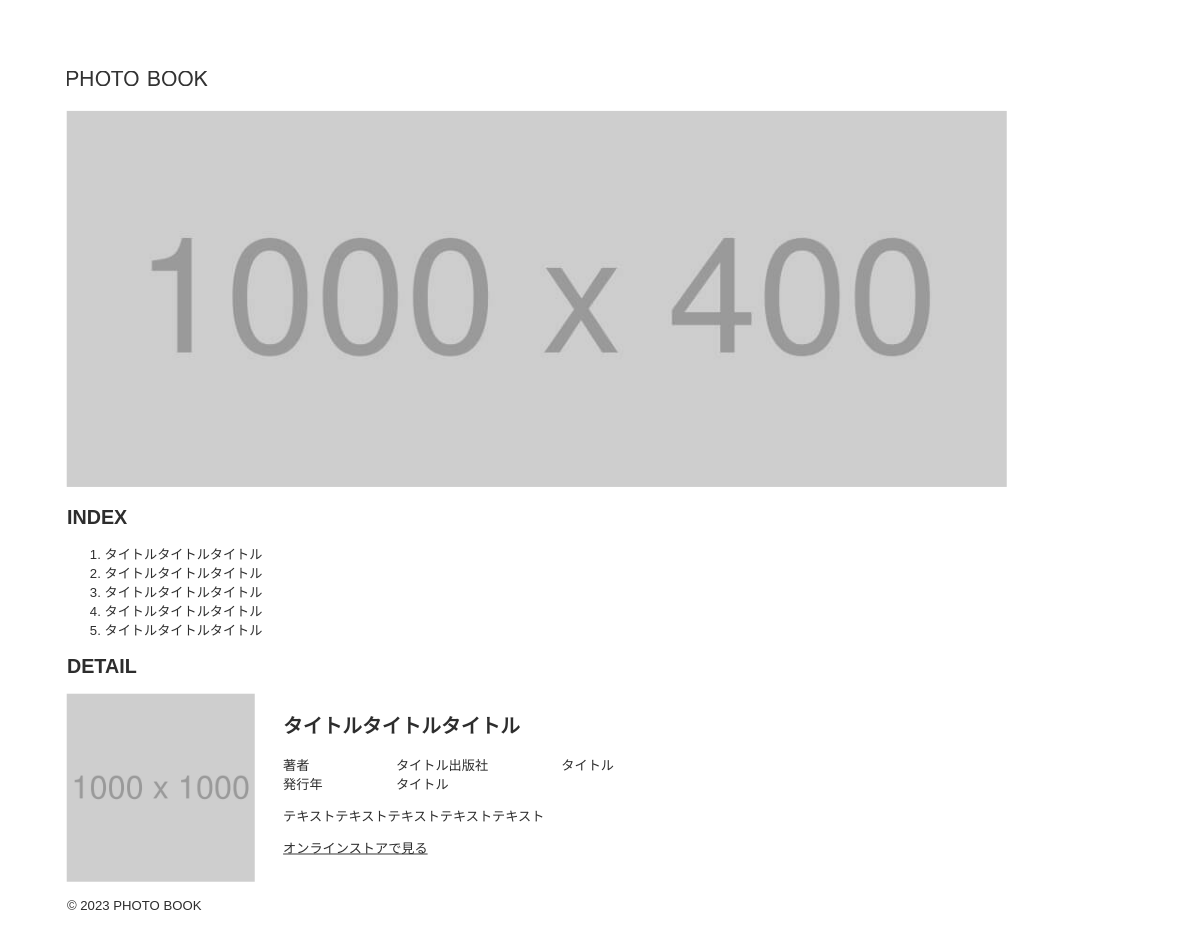
Repository: Fuki-san/photo-book-1
Page: http://localhost/photo
The author's editor kept a copy of each file at every save. The page is drawn from the files as they stood at one save, then again after a run of saves.
The browser window is 1280 px wide. The pictures show the whole page, at 94% of full size.
The page is served by the project's Laravel application, run on PHP 8.4 with Laravel 10. Other server files are loaded and not shown.

Above is the page before, as saved 2023-11-26 16:03:07.

### routes/web.php
<?php

use Illuminate\Support\Facades\Route;

/*
|--------------------------------------------------------------------------
| Web Routes
|--------------------------------------------------------------------------
|
| Here is where you can register web routes for your application. These
| routes are loaded by the RouteServiceProvider and all of them will
| be assigned to the "web" middleware group. Make something great!
|
*/

Route::get('/', function () {
    return view('welcome');
});

Route::get('photo', function () {
    return view('photo');
});

### resources/views/photo.blade.php
@extends('layouts.main')

@section('title', 'photo')

@section('content')
    <header id="header" class="wrapper">
        <h1 class="site-title"><a href="#"><img src="img/logo.svg"></a></h1>
    </header>

    <main class="wrapper">
        <div id="mainvisual">
            <img src="img/mainvisual.jpg">
        </div>
        <section id="index">
            <h2 class="sec-title">INDEX</h2>
            <ol>
                <li>タイトルタイトルタイトル</li>
                <li>タイトルタイトルタイトル</li>
                <li>タイトルタイトルタイトル</li>
                <li>タイトルタイトルタイトル</li>
                <li>タイトルタイトルタイトル</li>
            </ol>
        </section>
        <section id="detail">
            <h2 class="sec-title">DETAIL</h2>
            <div class="flex-item">
                <div class="detail-img">
                    <img src="img/detail.jpg">
                </div>
                <div class="text">
                    <h2 class="sec-title">タイトルタイトルタイトル</h2>
                    <dl>
                        <dt>著者</dt>
                        <dd>タイトル</dd>
                        <dt>出版社</dt>
                        <dd>タイトル</dd>
                        <dt>発行年</dt>
                        <dd>タイトル</dd>
                    </dl>
                    <p>テキストテキストテキストテキストテキスト</p>
                    <a href="#">オンラインストアで見る</a>
                </div>
            </div>

        </section>
    </main>

    <footer id="footer" class="wrapper">
        <p class="copyright">&copy; 2023 PHOTO BOOK</p>
    </footer>
@endsection

### resources/views/layouts/main.blade.php
<!DOCTYPE html>
<html lang="ja">
<head>
    <meta charset="UTF-8">
    <meta name="viewport" content="width=device-width, initial-scale=1.0">
    <meta http-equiv="X-UA-Compatible" content="ie=edge">
    <link rel="stylesheet" href="{{ asset('css/reset.css') }}">
    <link rel="stylesheet" href="{{ asset('css/style.css') }}">
    <link rel="icon" href="img/favicon.ico">
    <title>@yield('title')</title>
</head>
<body>
    @yield('content')
</body>
</html>

### public/css/style.css
html{
    font-size: 100%;
}
body{
    color: #2d2d2d;
    font-family: Arial, Helvetica, sans-serif;
    font-size: 0.875rem;
}
img{
    max-width: 100%;
}

.wrapper {
    padding: 0 5%;
}
a{
    color: #2d2d2d;
}

#header .site-title{
    width: 150px;
}
#header .site-title a{
    display: block;
}
#header{
    margin-bottom: 10px;
    padding-top: 40px;
}

#mainvisual{
    vertical-align: bottom;
}

#index{
    margin: 0 auto;
    text-align: left;
}
#index ul{
    display: inline;
}

.detail-img{
    width: 200px;
}
.flex-item{
    display: flex;
}

.text{
    padding: 0 30px;
}
.text dl{
    display: flex;
    flex-wrap: wrap;
}
.text dt{
    width: 20%;
}[
]

### public/img/logo.svg
<?xml version="1.0" encoding="utf-8"?>
<!-- Generator: Adobe Illustrator 15.1.0, SVG Export Plug-In . SVG Version: 6.00 Build 0)  -->
<!DOCTYPE svg PUBLIC "-//W3C//DTD SVG 1.1//EN" "http://www.w3.org/Graphics/SVG/1.1/DTD/svg11.dtd">
<svg version="1.1" id="レイヤー_1" xmlns="http://www.w3.org/2000/svg" xmlns:xlink="http://www.w3.org/1999/xlink" x="0px"
	 y="0px" width="1400px" height="156px" viewBox="0 0 1400 156" enable-background="new 0 0 1400 156" xml:space="preserve">
<g>
	<path fill="#333333" d="M0,152.092V2.65h56.373c9.92,0,17.498,0.477,22.731,1.428c7.34,1.223,13.49,3.552,18.451,6.982
		c4.96,3.433,8.953,8.241,11.978,14.425c3.022,6.185,4.536,12.98,4.536,20.387c0,12.709-4.043,23.463-12.129,32.264
		c-8.09,8.802-22.699,13.202-43.834,13.202h-38.33v60.754H0z M19.775,73.702h38.636c12.775,0,21.847-2.379,27.217-7.136
		c5.369-4.757,8.053-11.451,8.053-20.082c0-6.252-1.581-11.604-4.741-16.056c-3.16-4.45-7.324-7.391-12.487-8.817
		c-3.33-0.883-9.481-1.325-18.452-1.325H19.775V73.702z"/>
	<path fill="#333333" d="M139.859,152.092V2.65h19.776v61.367h77.677V2.65h19.775v149.441h-19.775V81.652h-77.677v70.439H139.859z"
		/>
	<path fill="#333333" d="M288.174,79.309c0-24.805,6.66-44.224,19.98-58.258C321.473,7.019,338.667,0,359.735,0
		c13.795,0,26.232,3.298,37.309,9.889c11.076,6.593,19.521,15.784,25.332,27.574c5.811,11.791,8.716,25.163,8.716,40.112
		c0,15.155-3.059,28.713-9.175,40.674c-6.116,11.961-14.781,21.016-25.993,27.166c-11.214,6.15-23.311,9.226-36.291,9.226
		c-14.067,0-26.641-3.398-37.717-10.194c-11.079-6.794-19.471-16.071-25.179-27.829C291.029,104.86,288.174,92.425,288.174,79.309z
		 M308.562,79.614c0,18.01,4.843,32.197,14.527,42.559c9.684,10.364,21.831,15.546,36.442,15.546
		c14.884,0,27.131-5.231,36.75-15.699c9.615-10.464,14.423-25.313,14.423-44.546c0-12.165-2.057-22.784-6.167-31.856
		c-4.112-9.071-10.126-16.106-18.043-21.101c-7.917-4.995-16.804-7.493-26.656-7.493c-14,0-26.046,4.81-36.137,14.425
		C313.608,41.065,308.562,57.121,308.562,79.614z"/>
	<path fill="#333333" d="M490.425,152.092V20.286h-49.237V2.65h118.451v17.636h-49.439v131.806H490.425z"/>
	<path fill="#333333" d="M570.14,79.309c0-24.805,6.658-44.224,19.979-58.258C603.438,7.019,620.632,0,641.7,0
		c13.794,0,26.23,3.298,37.309,9.889c11.076,6.593,19.522,15.784,25.331,27.574c5.813,11.791,8.717,25.163,8.717,40.112
		c0,15.155-3.059,28.713-9.176,40.674c-6.114,11.961-14.779,21.016-25.992,27.166s-23.311,9.226-36.291,9.226
		c-14.068,0-26.641-3.398-37.717-10.194c-11.078-6.794-19.47-16.071-25.179-27.829C572.994,104.86,570.14,92.425,570.14,79.309z
		 M590.526,79.614c0,18.01,4.843,32.197,14.527,42.559c9.685,10.364,21.83,15.546,36.442,15.546
		c14.883,0,27.132-5.231,36.748-15.699c9.615-10.464,14.424-25.313,14.424-44.546c0-12.165-2.057-22.784-6.166-31.856
		c-4.113-9.071-10.127-16.106-18.043-21.101c-7.918-4.995-16.804-7.493-26.658-7.493c-14,0-26.044,4.81-36.136,14.425
		C595.572,41.065,590.526,57.121,590.526,79.614z"/>
	<path fill="#333333" d="M812.43,152.092V2.65h56.066c11.416,0,20.573,1.514,27.472,4.537c6.896,3.024,12.3,7.68,16.209,13.966
		c3.907,6.286,5.861,12.861,5.861,19.724c0,6.39-1.732,12.404-5.198,18.044c-3.467,5.641-8.7,10.193-15.7,13.659
		c9.039,2.65,15.987,7.172,20.848,13.558c4.857,6.389,7.289,13.933,7.289,22.631c0,7-1.479,13.506-4.435,19.521
		c-2.957,6.016-6.612,10.652-10.958,13.915c-4.352,3.261-9.806,5.726-16.363,7.391c-6.558,1.666-14.593,2.497-24.106,2.497H812.43z
		 M832.206,65.444h32.313c8.768,0,15.053-0.576,18.859-1.733c5.027-1.493,8.818-3.975,11.366-7.439
		c2.548-3.468,3.822-7.815,3.822-13.049c0-4.961-1.188-9.328-3.567-13.099c-2.38-3.773-5.776-6.354-10.192-7.748
		c-4.419-1.393-11.997-2.09-22.733-2.09h-29.868V65.444z M832.206,134.457h37.208c6.386,0,10.872-0.237,13.455-0.715
		c4.552-0.814,8.358-2.173,11.417-4.077c3.058-1.901,5.571-4.672,7.544-8.308c1.971-3.634,2.956-7.832,2.956-12.589
		c0-5.571-1.428-10.414-4.281-14.526c-2.854-4.111-6.814-6.999-11.876-8.665c-5.063-1.664-12.354-2.497-21.865-2.497h-34.558
		V134.457z"/>
	<path fill="#333333" d="M946.479,79.309c0-24.805,6.659-44.224,19.979-58.258C979.776,7.019,996.972,0,1018.039,0
		c13.794,0,26.23,3.298,37.309,9.889c11.077,6.593,19.521,15.784,25.331,27.574c5.812,11.791,8.717,25.163,8.717,40.112
		c0,15.155-3.058,28.713-9.175,40.674s-14.781,21.016-25.994,27.166s-23.311,9.226-36.29,9.226
		c-14.068,0-26.641-3.398-37.717-10.194c-11.078-6.794-19.47-16.071-25.18-27.829C949.332,104.86,946.479,92.425,946.479,79.309z
		 M966.865,79.614c0,18.01,4.842,32.197,14.526,42.559c9.685,10.364,21.83,15.546,36.442,15.546
		c14.884,0,27.133-5.231,36.749-15.699c9.615-10.464,14.424-25.313,14.424-44.546c0-12.165-2.057-22.784-6.166-31.856
		c-4.113-9.071-10.127-16.106-18.044-21.101c-7.917-4.995-16.803-7.493-26.657-7.493c-14.001,0-26.044,4.81-36.136,14.425
		C971.91,41.065,966.865,57.121,966.865,79.614z"/>
	<path fill="#333333" d="M1108.865,79.309c0-24.805,6.66-44.224,19.979-58.258C1142.163,7.019,1159.357,0,1180.426,0
		c13.794,0,26.23,3.298,37.31,9.889c11.076,6.593,19.521,15.784,25.332,27.574c5.811,11.791,8.715,25.163,8.715,40.112
		c0,15.155-3.059,28.713-9.175,40.674c-6.115,11.961-14.779,21.016-25.993,27.166s-23.312,9.226-36.29,9.226
		c-14.068,0-26.642-3.398-37.719-10.194c-11.078-6.794-19.469-16.071-25.177-27.829
		C1111.719,104.86,1108.865,92.425,1108.865,79.309z M1129.254,79.614c0,18.01,4.842,32.197,14.525,42.559
		c9.684,10.364,21.831,15.546,36.442,15.546c14.882,0,27.131-5.231,36.749-15.699c9.615-10.464,14.424-25.313,14.424-44.546
		c0-12.165-2.057-22.784-6.167-31.856c-4.113-9.071-10.127-16.106-18.043-21.101c-7.917-4.995-16.804-7.493-26.658-7.493
		c-13.999,0-26.044,4.81-36.135,14.425C1134.298,41.065,1129.254,57.121,1129.254,79.614z"/>
	<path fill="#333333" d="M1276.45,152.092V2.65h19.776V76.76l74.211-74.109h26.81l-62.691,60.552l65.444,88.89h-26.096
		l-53.213-75.638l-24.465,23.854v51.784H1276.45z"/>
</g>
</svg>

After the next 3 saves:
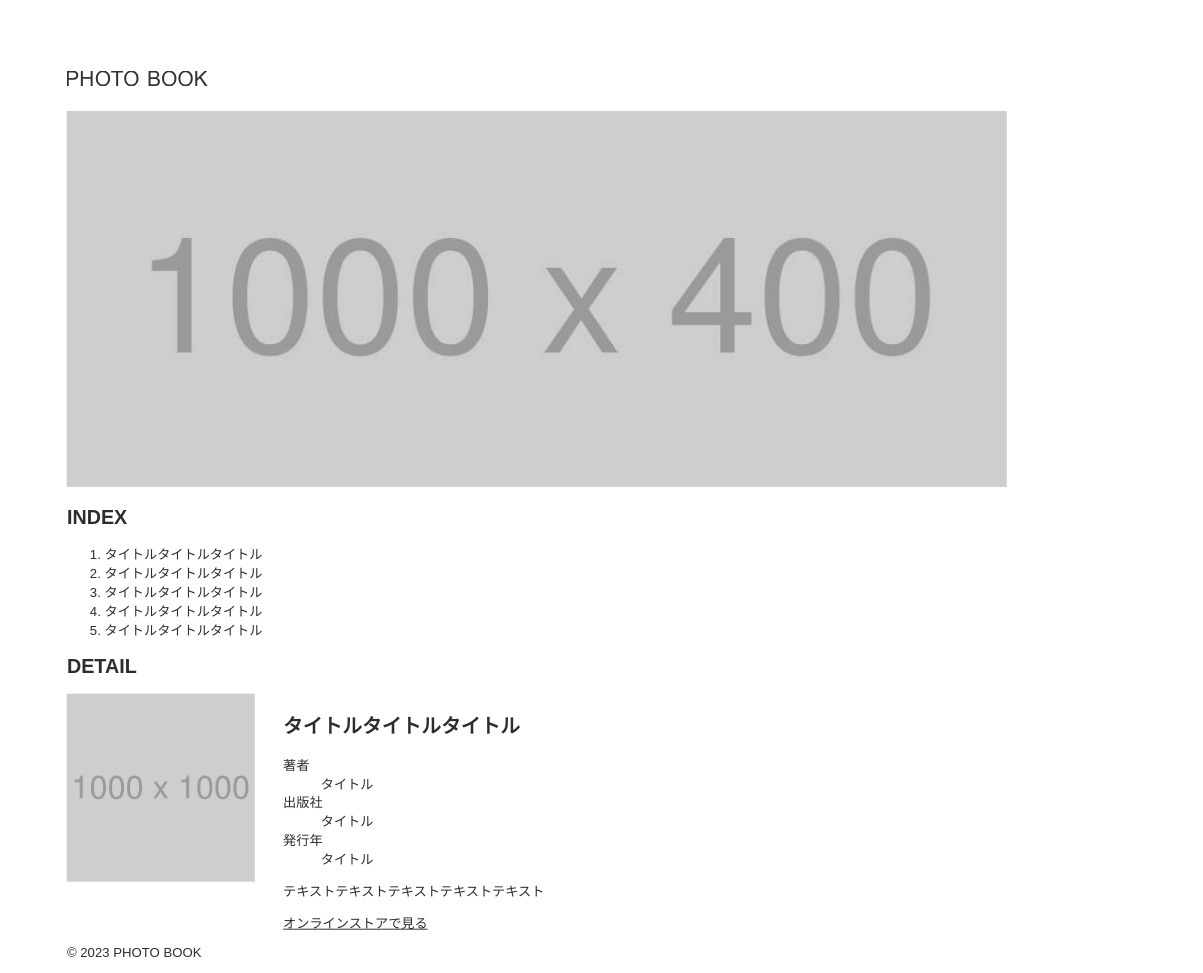
The 3 saves are shown as one change because they came seconds apart.
The last was saved 11 s later.
--- a/public/css/style.css
+++ b/public/css/style.css
@@ -56,5 +56,8 @@ a{
 }
 .text dt{
     width: 20%;
-}[
-]
+}
+
+.text dd{
+    width: 80%;
+}
